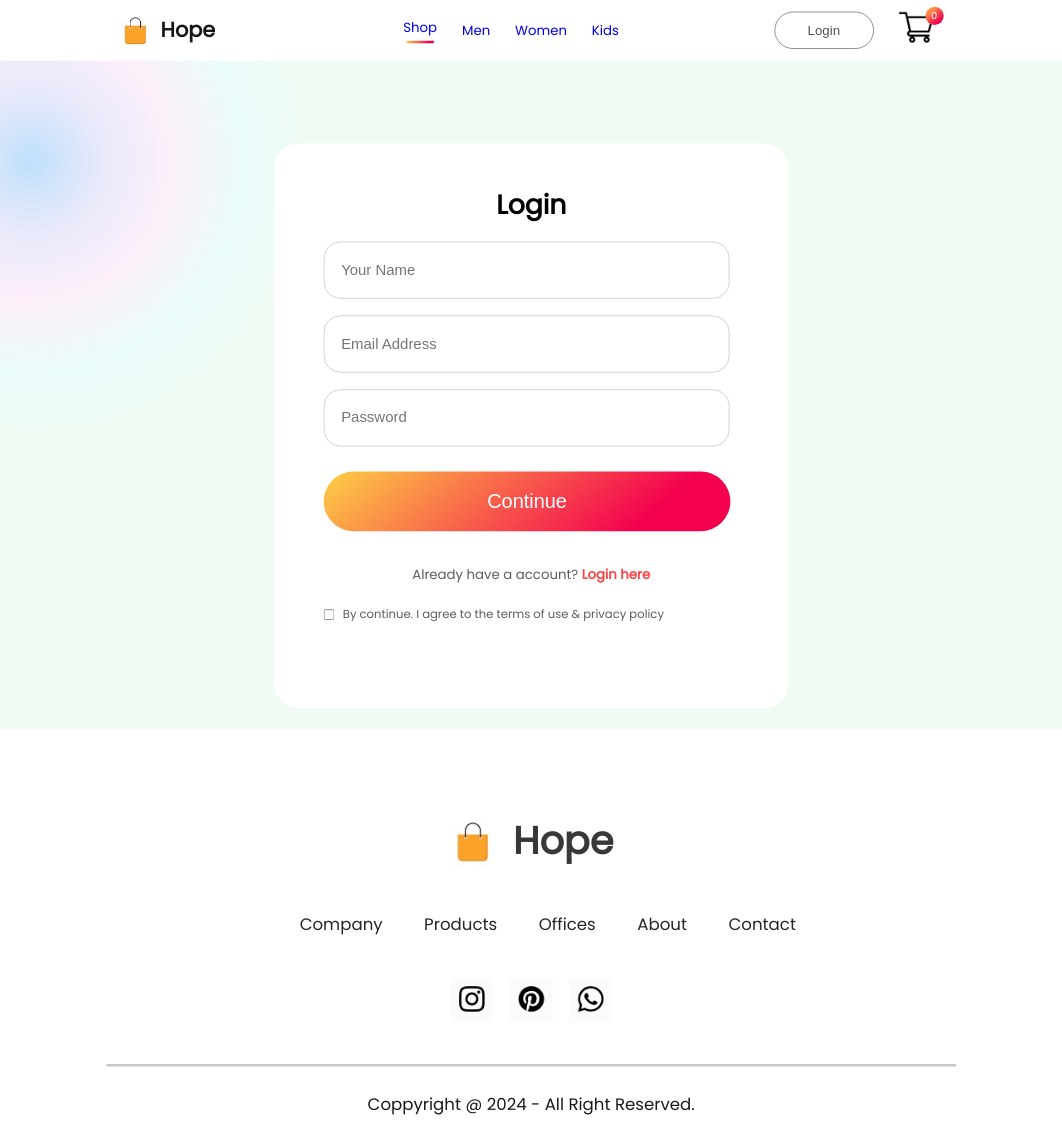
Repository: ititiu20201/Shopping-Online
Page: /login (app in my-app/)
These files come from the project's save history. The page is drawn as it stood at one moment and after the next save; the edit follows.
The browser window is 1280 px wide. The pictures show the whole page, at 83% of full size.
The project was rebuilt for these pictures with package versions that can differ from the ones it lists, and the page was loaded fresh each time. Also part of the build but not shown: my-app/src/App.css, my-app/src/Pages/CSS/ShopCategory.css, my-app/src/Components/Item/Item.css, my-app/src/Components/Item/Item.jsx, my-app/src/Pages/ShopCategory.jsx, my-app/src/Components/Hero/Hero.css, my-app/src/Components/Hero/Hero.jsx, my-app/src/Components/Popular/Popular.css and 22 more.

Above is the page before, as saved 2024-06-19 03:02:10.

### my-app/public/index.html
<!DOCTYPE html>
<html lang="en">
  <head>
    <meta charset="utf-8" />
    <link rel="icon" href="%PUBLIC_URL%/favicon.ico" />
    <meta name="viewport" content="width=device-width, initial-scale=1" />
    <meta name="theme-color" content="#000000" />
    <meta
      name="description"
      content="Web site created using create-react-app"
    />
    <link rel="apple-touch-icon" href="%PUBLIC_URL%/logo192.png" />
    <!--
      manifest.json provides metadata used when your web app is installed on a
      user's mobile device or desktop. See https://developers.google.com/web/fundamentals/web-app-manifest/
    -->
    <link rel="manifest" href="%PUBLIC_URL%/manifest.json" />
    <link rel="preconnect" href="https://fonts.googleapis.com">
    <link rel="preconnect" href="https://fonts.gstatic.com" crossorigin>
    <link href="https://fonts.googleapis.com/css2?family=Poppins&display=swap" rel="stylesheet">
    <!--
      Notice the use of %PUBLIC_URL% in the tags above.
      It will be replaced with the URL of the `public` folder during the build.
      Only files inside the `public` folder can be referenced from the HTML.

      Unlike "/favicon.ico" or "favicon.ico", "%PUBLIC_URL%/favicon.ico" will
      work correctly both with client-side routing and a non-root public URL.
      Learn how to configure a non-root public URL by running `npm run build`.
    -->
    <title>ShoppingApp</title>
  </head>
  <body>
    <noscript>You need to enable JavaScript to run this app.</noscript>
    <div id="root"></div>
    <!--
      This HTML file is a template.
      If you open it directly in the browser, you will see an empty page.

      You can add webfonts, meta tags, or analytics to this file.
      The build step will place the bundled scripts into the <body> tag.

      To begin the development, run `npm start` or `yarn start`.
      To create a production bundle, use `npm run build` or `yarn build`.
    -->
  </body>
</html>

### my-app/src/index.js
import React from 'react';
import ReactDOM from 'react-dom/client';
import './index.css';
import App from './App';

import ShopContextProvider from './Context/ShopContext';

const root = ReactDOM.createRoot(document.getElementById('root'));
root.render(
  <ShopContextProvider>
    <App />
  </ShopContextProvider>
);

### my-app/src/index.css
*{
  margin: 0;
}
body {
  margin: 0;
  -webkit-font-smoothing: antialiased;
  -moz-osx-font-smoothing: grayscale;
  font-family: 'poppins';
}

code {
  font-family: source-code-pro, Menlo, Monaco, Consolas, 'Courier New',
    monospace;
}

### my-app/src/App.js

import './App.css';
import Navbar from './Components/Navbar/Navbar';
import { BrowserRouter,Routes,Route } from 'react-router-dom';
import ShopCategory from './Pages/ShopCategory';
import LoginSignup from './Pages/LoginSignup';
import Shop from './Pages/Shop';
import Product from './Pages/Product';
import Cart from './Pages/Cart';
import Footer from './Components/Footer/Footer';
import men_banner from './Components/Assets/banner_mens.png'
import women_banner from './Components/Assets/banner_women.png'
import kid_banner from './Components/Assets/banner_kids.png'

function App() {
  return (
    <div>
      <BrowserRouter>
      <Navbar/>
      <Routes>
        <Route path='/' element={<Shop/>}/>
        <Route path='/mens' element={<ShopCategory banner={men_banner} category="men"/>}/>
        <Route path='/womens' element={<ShopCategory banner={women_banner} category="women"/>}/>
        <Route path='/kids' element={<ShopCategory banner={kid_banner} category="kid"/>}/>
        <Route path="/product" element={<Product/>}>
          <Route path=':productId' element={<Product/>}/>
        </Route>
        <Route path='/cart' element={<Cart/>}/>
        <Route path='/login' element={<LoginSignup/>}/>
      </Routes>
      <Footer/>
      </BrowserRouter>
    </div>
  );
}

export default App;

### my-app/src/Context/ShopContext.jsx
import React, { createContext, useState } from "react";
import all_product from "../Components/Assets/all_product"

export const ShopContext = createContext(null);
const getDefaultCart = ()=>{
    let cart = {};
    for (let index = 0; index < all_product.length+1; index++) {
        cart[index] = 0;
    }
    return cart;
}

const ShopContextProvider = (props) =>{
    const [cartItems,setCartItems] = useState(getDefaultCart());

    const addToCart = (itemId) =>{
        setCartItems((prev)=>({...prev,[itemId]:prev[itemId]+1}))
        console.log(cartItems);
    }

    const removeFromCart = (itemId) =>{
        setCartItems((prev)=>({...prev,[itemId]:prev[itemId]-1}))
    }

    const getTotalCartAmount = () => {
        let totalAmount = 0;
        for(const item in cartItems)
        {
            if(cartItems[item]>0)
            {
                let itemInfo = all_product.find((product)=>product.id===Number(item))
                totalAmount += itemInfo.new_price * cartItems[item];
            }
        }
        return totalAmount;
    }

    const getTotalCartItems = () =>{
        let totalItem = 0;
        for(const item in cartItems)
        {
            if(cartItems[item]>0){
                totalItem += cartItems[item];
            }
        }
        return totalItem;
    }

    const contextValue = {getTotalCartItems,getTotalCartAmount,all_product,cartItems,addToCart,removeFromCart};

    return (
        <ShopContext.Provider value={contextValue}>
            {props.children}
        </ShopContext.Provider>
    )
}

export default ShopContextProvider;

### my-app/src/Components/Navbar/Navbar.jsx
import React, { useContext, useState, useRef } from "react";
import "./Navbar.css";
import logo from "../Assets/Screenshot 2024-06-18 at 18.22.25.jpg";
import cart_icon from "../Assets/cart_icon.png";
import { Link } from "react-router-dom";
import { ShopContext } from "../../Context/ShopContext";
import nav_dropdown from "../Assets/nav_dropdown.png";

const Navbar = () => {
  const [menu, setMenu] = useState("shop");
  const { getTotalCartItems } = useContext(ShopContext);
  const menuRef = useRef();

  const dropdown_toggle = (e) => {
    menuRef.current.classList.toggle("nav-menu-visible");
    e.target.classList.toggle("open");
  };

  return (
    <div className="navbar">
      <div className="nav-logo">
        <img src={logo} alt="" />
        <p>Hope</p>
      </div>
      <img
        className="nav-dropdown"
        onClick={dropdown_toggle}
        src={nav_dropdown}
        alt=""
      />
      <ul ref={menuRef} className="nav-menu">
        <li
          onClick={() => {
            setMenu("shop");
          }}
        >
          <Link style={{ textDecoration: "none" }} to="/">
            Shop
          </Link>
          {menu === "shop" ? <hr /> : <></>}
        </li>
        <li
          onClick={() => {
            setMenu("mens");
          }}
        >
          <Link style={{ textDecoration: "none" }} to="/mens">
            Men
          </Link>
          {menu === "mens" ? <hr /> : <></>}
        </li>
        <li
          onClick={() => {
            setMenu("womens");
          }}
        >
          <Link style={{ textDecoration: "none" }} to="womens">
            Women
          </Link>
          {menu === "womens" ? <hr /> : <></>}
        </li>
        <li
          onClick={() => {
            setMenu("kids");
          }}
        >
          <Link style={{ textDecoration: "none" }} to="/kids">
            Kids
          </Link>
          {menu === "kids" ? <hr /> : <></>}
        </li>
      </ul>
      <div className="nav-login-cart">
        <Link to="/login">
          <button>Login</button>
        </Link>
        <Link to="/cart">
          <img src={cart_icon} alt="" />
        </Link>
        <div className="nav-cart-count">{getTotalCartItems()}</div>
      </div>
    </div>
  );
};

export default Navbar;

### my-app/src/Pages/LoginSignup.jsx
import React, { useState } from "react";
import "./CSS/LoginSignup.css";

const LoginSignup = () => {
  const [state, setState] = useState("Login");

  return (
    <div className="loginsignup">
      <div className="loginsignup-container">
        <h1>{state}</h1>
        <div className="loginsignup-fields">
          <input type="text" placeholder="Your Name" />
          <input type="email" placeholder="Email Address" />
          <input type="password" placeholder="Password" />
        </div>
        <button>Continue</button>
        <p className="loginsignup-login">
          Already have a account? <span>Login here</span>
        </p>
        <div className="loginsignup-agree">
          <input type="checkbox" name="" id="" />
          <p>By continue. I agree to the terms of use & privacy policy</p>
        </div>
      </div>
    </div>
  );
};

export default LoginSignup;

### my-app/src/Components/Footer/Footer.jsx
import React from "react";
import "./Footer.css";
import footer_logo from "../Assets/Screenshot 2024-06-18 at 18.22.25.jpg";
import instagram_icon from "../Assets/instagram_icon.png";
import pintester_icon from "../Assets/pintester_icon.png";
import whatsapp_icon from "../Assets/whatsapp_icon.png";

const Footer = () => {
  return (
    <div className="footer">
      <div className="footer-logo">
        <img src={footer_logo} alt="" />
        <p>Hope</p>
      </div>
      <ul className="footer-links">
        <li>Company</li>
        <li>Products</li>
        <li>Offices</li>
        <li>About</li>
        <li>Contact</li>
      </ul>
      <div className="footer-social-icon">
        <div className="footer-icons-container">
          <img src={instagram_icon} alt="" />
        </div>
        <div className="footer-icons-container">
          <img src={pintester_icon} alt="" />
        </div>
        <div className="footer-icons-container">
          <img src={whatsapp_icon} alt="" />
        </div>
      </div>
      <div className="footer-copyright">
        <hr />
        <p>Coppyright @ 2024 - All Right Reserved.</p>
      </div>
    </div>
  );
};

export default Footer;

### my-app/src/Components/Navbar/Navbar.css
.navbar{
    display: flex;
    justify-content: space-around;
    padding: 16px;
    box-shadow: 0 1px 3px -2px black;
}
.nav-logo{
    display: flex;
    align-items: center;
    gap: 10px;
}
.nav-logo p{
    color: #171717;
    font-size: 38px;
    font-weight: 600;
}
.nav-menu{
    display: flex;
    align-items: center;
    list-style: none;
    gap: 50px;
    color: #626262;
    font-size: 20px;
    font-weight: 500;
}

.nav-menu li{
    display: flex;
    flex-direction: column;
    align-items: center;
    justify-content: center;
    gap: 3px;
    cursor: pointer;
}
.nav-menu hr{
    border: none;
    width: 80%;
    height: 3px;
    border-radius: 10px;
    background: linear-gradient(319.6deg, rgb(243, 0, 79) 20.5%, rgb(255, 236, 68) 110.9%);
}
.nav-login-cart{
    display: flex;
    align-items: center;
    gap: 45px;
}
.nav-login-cart button{
    width: 157px;
    height: 58px;
    outline: none;
    border: 1px solid #7a7a7a;
    border-radius: 75px;
    color: #515151;
    font-size: 20px;
    font-weight: 500;
    background: white;
    cursor: pointer;
}
.nav-login-cart button:active{
    background: #f3f3f3;
}
.nav-cart-count{
    width: 22px;
    height: 22px;
    display: flex;
    justify-content: center;
    align-items: center;
    margin-top: -35px;
    margin-left: -55px;
    border-radius: 11px;
    background: linear-gradient(319.6deg, rgb(243, 0, 79) 20.5%, rgb(255, 236, 68) 110.9%);
    color: white;
}
.nav-dropdown{
    display: none;
}
@media(max-width:1280px){
    .navbar{
        padding: 12px 50px;
    }
    .nav-logo img{
        width: 40px;
    }
    .nav-logo p{
        font-size: 25px;
    }
    .nav-menu{
       gap: 30px;
       font-size: 16px;
    }
    .nav-login-cart{
        gap: 30px;
    }
    .nav-login-cart button{
        width: 120px;
        height: 45px;
        font-size: 16px;
    }
    .nav-cart-count{
        margin-left: -40px;
        font-size: 12px;
    }
}
@media(max-width:1024px){
    .navbar{
        padding: 12px 30px;
    }
    .nav-menu{
        gap: 25px;
        font-size: 14px;
    }
    .nav-login-cart button{
        width: 80px;
        height: 35px;
        font-size: 14px;
    }
    .nav-login-cart img{
        width: 30px;
    }
    .nav-cart-count{
        width: 18px;
        height: 18px;
    }
}
@media(max-width:800px){
    .navbar{
        padding: 10px 0px;
    }
    .nav-dropdown{
        display: block;
        width: 30px;
        rotate: -90deg;
        transition: 0.5s;
    }
    .nav-menu{
        display: none;
        height: 80px;
        width: 100%;
        position: absolute;
        background-color: white;
        justify-content: center;
        top: 50px;
    }
    .nav-menu-visible{
        display: flex;
    }
    .nav-dropdown.open{
        transform: rotate(90deg);
    }
}
@media(max-width:500px)  {
    .navbar{
        padding: 8px 0px;
        gap: 0;
    }
    .nav-logo{
        transform: scale(0.8);
    }
    .nav-menu{
        height: 70px;
        top: 50px;
    }
    .nav-login-cart{
        transform: scale(0.8);
    }
}

### my-app/src/Pages/CSS/LoginSignup.css
.loginsignup{
    width: 100%;
    height: 105vh;
    background: radial-gradient(328px at 2.9% 15%, rgb(191, 224, 251) 0%, rgb(232, 233, 251) 25.8%, rgb(252, 239, 250) 50.8%, rgb(234, 251, 251) 77.6%, rgb(240, 251, 244) 100.7%);
    padding-top: 100px;
    margin-bottom: 100px;
}
.loginsignup-container{
    width: 580px;
    height: 650px;
    background: white;
    margin: auto;
    padding: 40px 60px;
    border-radius: 30px 30px 30px 30px;
}
.loginsignup-container h1{
    text-align: center;
    margin: 20px 0px;
    font-weight: bold;
}
.loginsignup-fields{
    display: flex;
    flex-direction: column;
    gap: 29px;
    margin-top: 30px;
}
.loginsignup-fields input{
    height: 72px;
    width: 100%;
    padding-left: 20px;
    border: 1px solid #c9c9c9;
    outline: none;
    color: #5c5c5c;
    font-size: 18px;
    border-radius: 20px 20px 20px 20px;
}
.loginsignup-container button{
    width: 600px;
    height: 72px;
    color: white;
    background: linear-gradient(319.6deg, rgb(243, 0, 79) 20.5%, rgb(255, 236, 68) 110.9%);
    margin-top: 30px;
    border: none;
    font-size: 24px;
    font-weight: 500;
    cursor: pointer;
    border-radius: 50px 50px 50px 50px;
}
.loginsignup-login{
    margin-top: 40px;
    color: #5c5c5c;
    font-size: 18px;
    font-weight: 500;
    text-align: center;
}
.loginsignup-login span{
    color: #ff4141;
    font-weight: 600;
}
.loginsignup-agree{
    display: flex;
    align-items: center;
    margin-top: 25px;
    gap: 20px;
    color: #5c5c5c;
    font-size: 18px;
    font-weight: 500;
}
@media(max-width:1280px){
    .loginsignup{
        padding-top: 50px;
    }
    .loginsignup-container{
        width: auto;
        max-width: 500px;
        max-height: 600px;
        margin-top: 50px;
    }
    .loginsignup-container h1{
        margin: 10px 0px;
    }
    .loginsignup-fields{
        gap: 20px;
        margin-top: 20px;
    }
    .loginsignup-fields input{
        height: 65px;
        width: 93%;
    }
    .loginsignup-container button{
        width: 98%;
    }
    .loginsignup-login{
        font-size: 16px;
    }
    .loginsignup-agree{
        font-size: 14px;
        gap: 10px;
    }
}
@media(max-width:800px){
    .loginsignup-container{
        padding: 20px 30px;
    }
    .loginsignup-container h1{
        font-size: 24px;
    }
    .loginsignup-fields{
        margin-top: 20px;
    }
    .loginsignup-fields input{
        height: 50px;
    }
    .loginsignup-container button{
        height: 50px;
        font-size: 16px;
        width: 100%;
    }
}

### my-app/src/Components/Footer/Footer.css
.footer{
    display: flex;
    flex-direction: column;
    justify-content: center;
    align-items: center;
    gap: 50px;
}

.footer-logo{
    display: flex;
    align-items: center;
    gap: 20px;
}

.footer-logo p{
    color: #383838;
    font-size: 46px;
    font-weight: 700;
}

.footer-links{
    display: flex;
    list-style: none;
    gap: 50px;
    color: #252525;
    font-size: 20px;
}

.footer-links li{
    cursor: pointer;
}

.footer-social-icon{
    display: flex;
    gap: 20px;
}

.footer-icons-container{
    padding: 10px;
    padding-bottom: 6px;
    background: #fbfbfb;
    border: 1px dolid #ebebeb;
}

.footer-copyright{
    display: flex;
    flex-direction: column;
    align-items: center;
    gap: 30px;
    width: 100%;
    margin-bottom: 30px;
    color: #1a1a1a;
    font-size: 20px;
}

.footer-copyright hr{
    width: 80%;
    border: none;
    border-radius: 10px;
    height: 3px;
    background: #c7c7c7;
}
@media(max-width:800px){
    .footer{
        gap: 20px;
    }
    .footer-logo{
        gap: 10px;
        align-items: end;
    }
    .footer-logo img{
        width: 40px;
    }
    .footer-logo p{
        font-size: 25px;
    }
    .footer-links{
        font-size: 14px;
        gap: 10px;
    }
    .footer-social-icon img{
        width: 22px;
    }
    .footer-copyright{
        font-size: 13px;
    }
}

Loaded but not shown: my-app/src/Components/Assets/all_product.js (329 lines, source omitted)

After the next save:
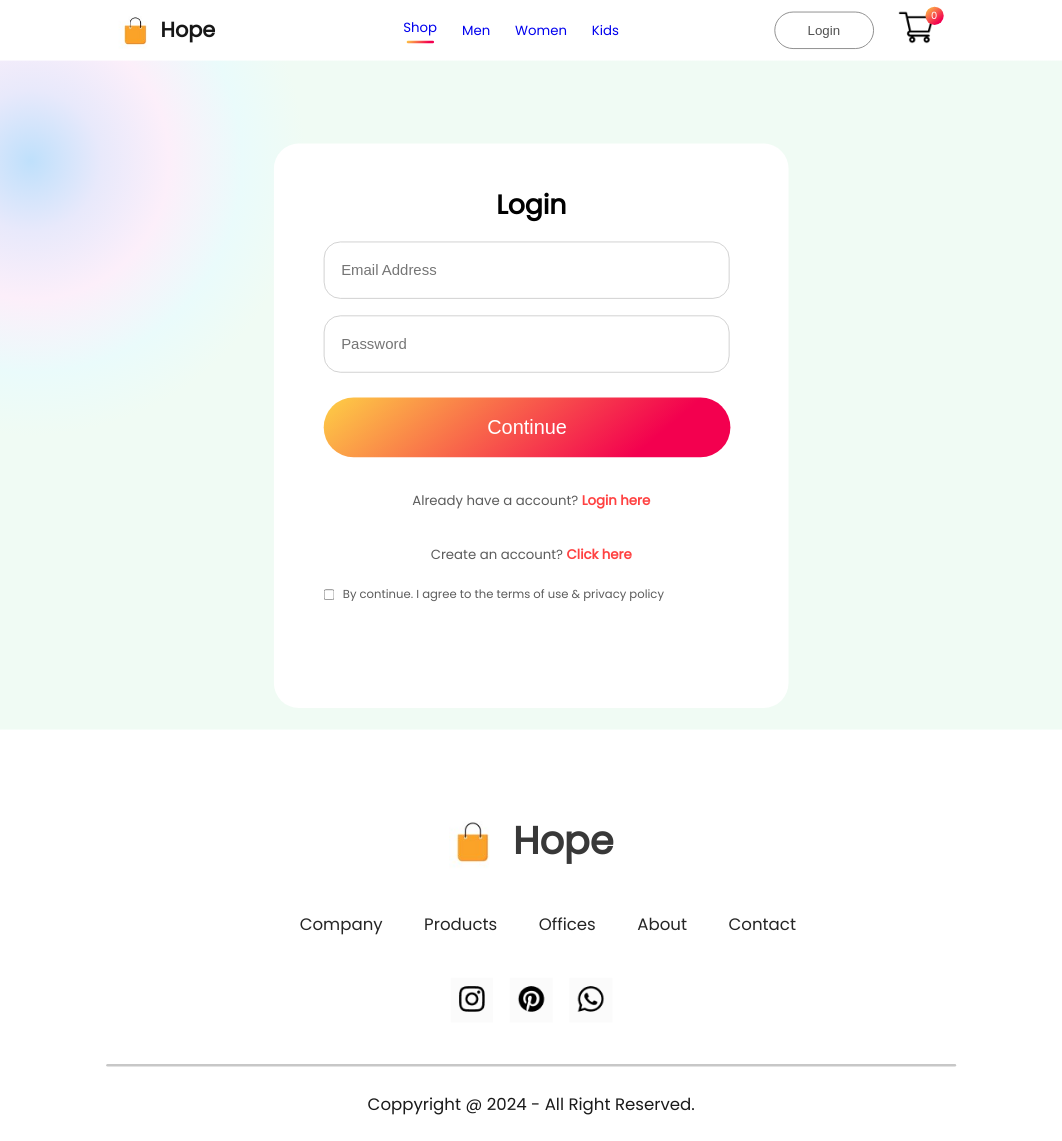
Saved 2 min 29 s later.
--- a/my-app/src/Pages/LoginSignup.jsx
+++ b/my-app/src/Pages/LoginSignup.jsx
@@ -9,13 +9,20 @@ const LoginSignup = () => {
       <div className="loginsignup-container">
         <h1>{state}</h1>
         <div className="loginsignup-fields">
-          <input type="text" placeholder="Your Name" />
+          {state === "Sign up" ? (
+            <input type="text" placeholder="Your Name" />
+          ) : (
+            <></>
+          )}
           <input type="email" placeholder="Email Address" />
           <input type="password" placeholder="Password" />
         </div>
         <button>Continue</button>
         <p className="loginsignup-login">
           Already have a account? <span>Login here</span>
+        </p>
+        <p className="loginsignup-login">
+          Create an account? <span>Click here</span>
         </p>
         <div className="loginsignup-agree">
           <input type="checkbox" name="" id="" />
